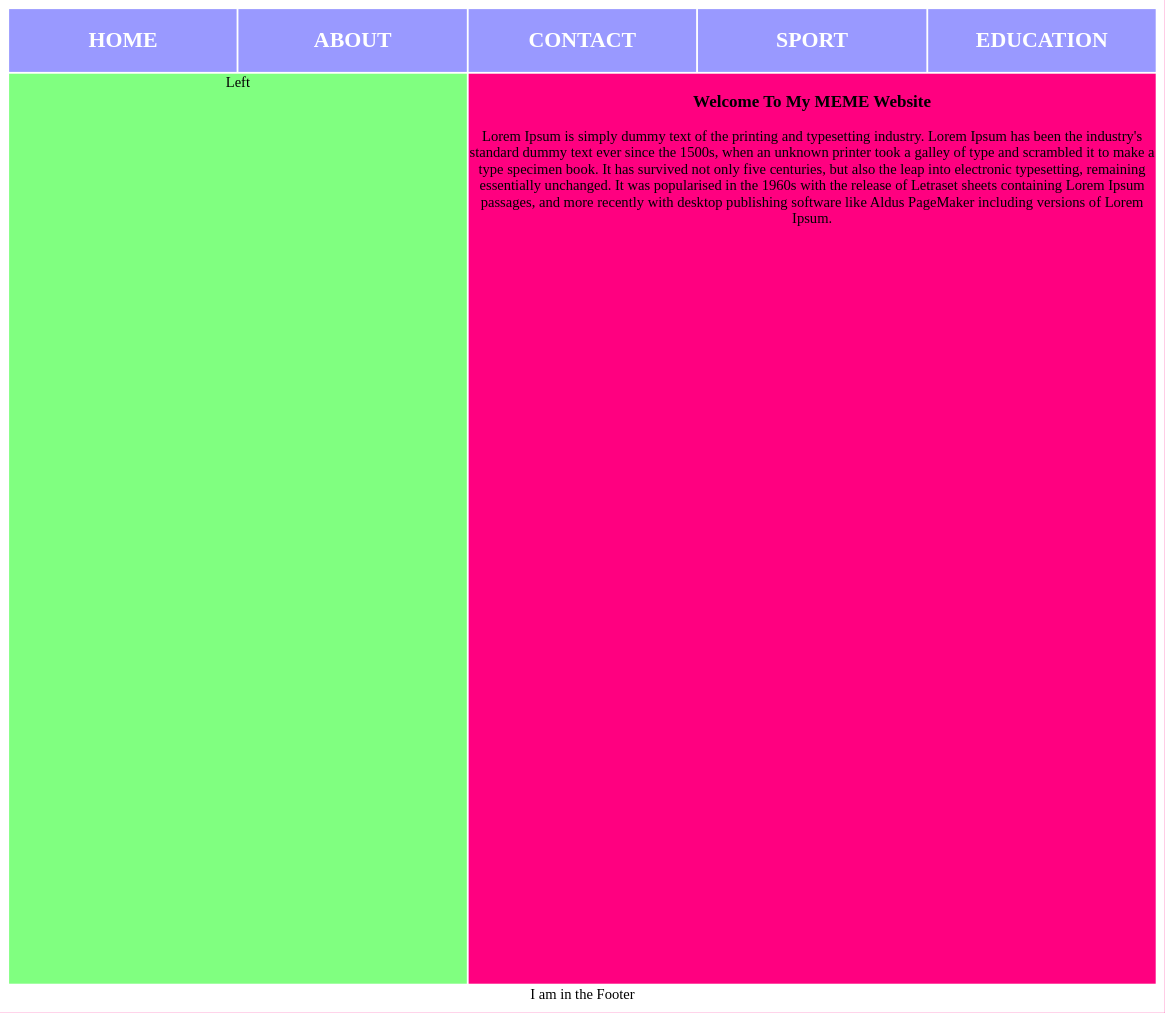
Repository: LiamMcC/webforDunboyne
Page: memewebsite/index.html
The author's editor kept a record of every edit. The page is drawn from the files as they stood at one moment, then again after the next edit.
The browser window is 1280 px wide. The pictures show the whole page, at 91% of full size.

Above is the page before.

### memewebsite/index.html
<!DOCTYPE html>
<html>
  <head>
    <meta charset="UTF-8">
    <title>CDM Meme Wonderfullness</title>
  </head>
  <body>

      <table style="width:100%;text-align:center;">
         <tr style="background-color:#9999ff; height: 50px;">
             <td style="width:20%"><h2 style="color:#ffffff">HOME</h2></td>
             <td style="width:20%"><h2 style="color:#ffffff">ABOUT</h2></td>
             <td style="width:20%"><h2 style="color:#ffffff">CONTACT</h2></td>
             <td style="width:20%"><h2 style="color:#ffffff">SPORT</h2></td>
            <td style="width:20%"><h2 style="color:#ffffff">EDUCATION</h2></td>


         </tr>

          <tr style="height:1000px;">
              <!-- Left menu -->
              <td colspan="2" style="background-color:#80ff80;vertical-align:top;">Left</td>

              <!-- Main content -->

              <td colspan="3" style="background-color:#ff0080;vertical-align: top;">

                  <h3>Welcome To My MEME Website</h3>

                  <p>
                      Lorem Ipsum is simply dummy text of the printing and typesetting industry. Lorem Ipsum has been the industry's standard dummy text ever since the 1500s, when an unknown printer took a galley of type and scrambled it to make a type specimen book. It has survived not only five centuries, but also the leap into electronic typesetting, remaining essentially unchanged. It was popularised in the 1960s with the release of Letraset sheets containing Lorem Ipsum passages, and more recently with desktop publishing software like Aldus PageMaker including versions of Lorem Ipsum.

                  </p>

                  </td>
          </tr>

          <tr>
              <td colspan="5">I am in the Footer</td>


          </tr>



      </table>











  </body>
</html>

After the next edit:
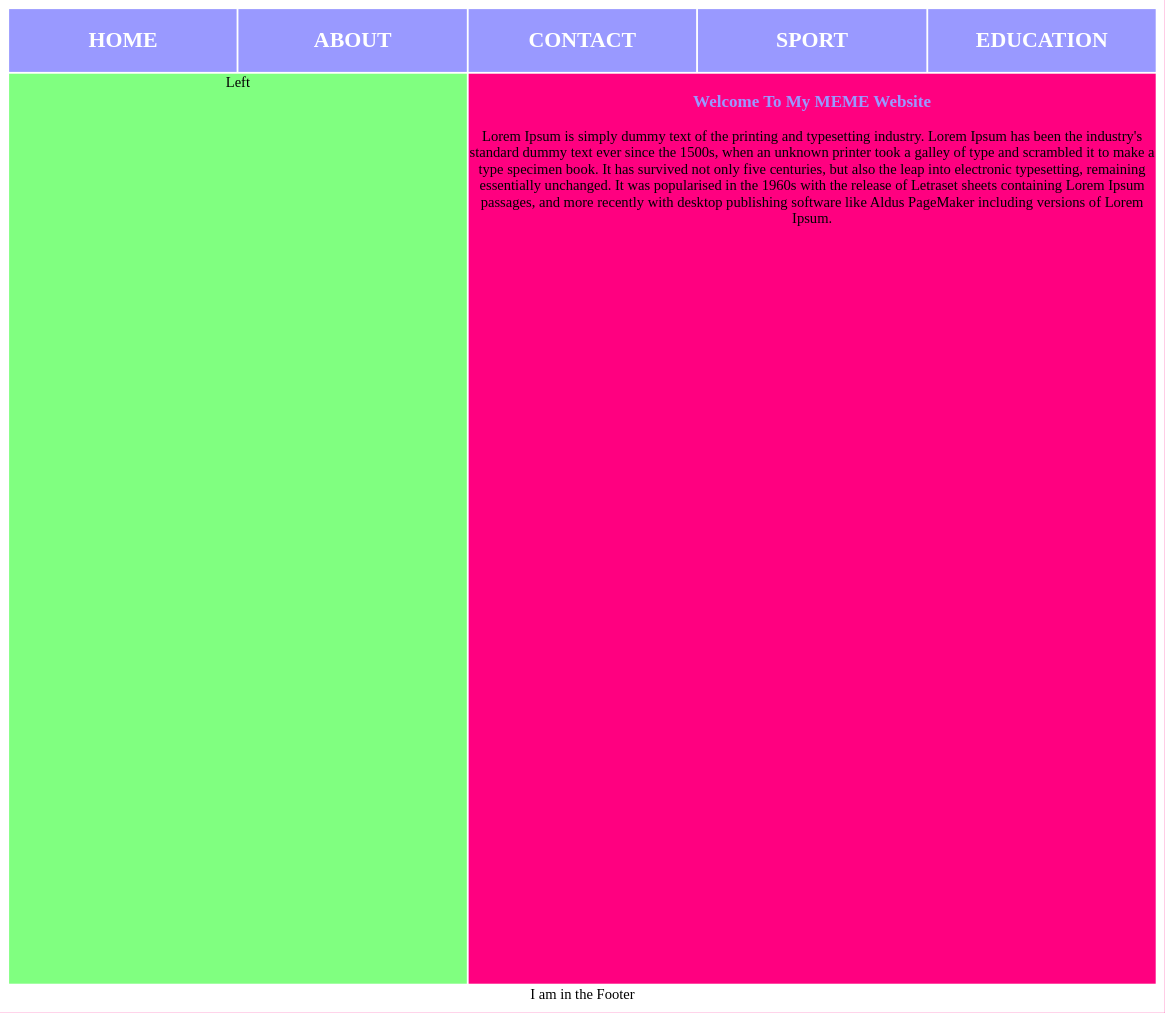
The edit:
--- a/memewebsite/index.html
+++ b/memewebsite/index.html
@@ -25,7 +25,7 @@
 
               <td colspan="3" style="background-color:#ff0080;vertical-align: top;">
 
-                  <h3>Welcome To My MEME Website</h3>
+                  <h3  style="color:#9999ff">Welcome To My MEME Website</h3>
 
                   <p>
                       Lorem Ipsum is simply dummy text of the printing and typesetting industry. Lorem Ipsum has been the industry's standard dummy text ever since the 1500s, when an unknown printer took a galley of type and scrambled it to make a type specimen book. It has survived not only five centuries, but also the leap into electronic typesetting, remaining essentially unchanged. It was popularised in the 1960s with the release of Letraset sheets containing Lorem Ipsum passages, and more recently with desktop publishing software like Aldus PageMaker including versions of Lorem Ipsum.
